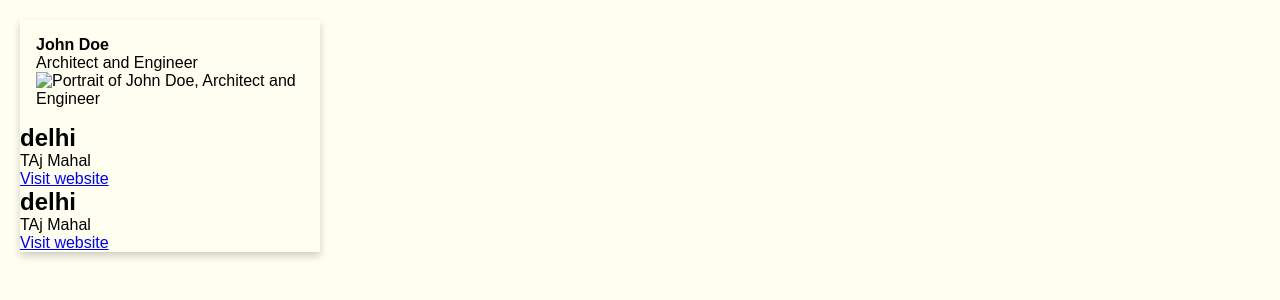
Repository: Muskan1Kumari4draw/React-app-with-concept
Page: /
These files come from the project's save history. The page is drawn as it stood at one moment and after the next save; the edit follows.
The browser window is 1280 px wide. The pictures show the whole page.
The project was rebuilt for these pictures with package versions that can differ from the ones it lists, and the page was loaded fresh each time.

Above is the page before, as saved 2024-09-29 14:42:59.

### src/App.js
import React from 'react';
import Restaurant from  "./component/Basic/Restaurant";
const App = () => {
  return <Restaurant/> ;
};

export default App

### src/component/Basic/Restaurant.js
import React from 'react';
import "./style.css";
import data from './restaurant.json'
const Restaurant = () => {
  return (
    <>
      <div className="card">
        <div className="container">
          <span className="card-title"><b>John Doe</b></span>
          <p className="description">Architect and Engineer</p>
          <img  alt="Portrait of John Doe, Architect and Engineer" />
        </div>
        {
          data.map((item, index) => (
            <div key={index} className="restaurant-item">
              <h2>{item.placeName}</h2>
              <p>{item.Monument}</p>
              <a href={item.id} target="_blank" rel="noopener noreferrer">Visit website</a>
            </div>
          ))

          // Add your own data mapping here

          // Example:
          // <div key={index} className="restaurant-item">
          //   <h2>{item.name}</h2>
          //   <p>{item.description}</p>
          //   <a href={item.url} target="_blank" rel="noopener noreferrer">Visit website</a>
          // </div>

          // End of example data mapping

          // Add more restaurant items as needed

          // Example:
          // <div key={index} className="restaurant-item">
          //   <h2
        }
      </div>
    </>
  );
};

export default Restaurant;

### src/component/Basic/style.css
* {
  margin: 0;
  padding: 0;
  box-sizing: border-box;
}

body {
  background: rgb(255, 255, 241);
  font-family: Arial, sans-serif;
}

/* Navbar Styling */
.navbar {
  margin: auto;
  background: #fff;
  height: 50px;
  box-shadow: 0 4px 8px 0 rgba(0, 0, 0, 0.2);
  display: flex;
  justify-content: center;
  align-items: center;
}

.menu-nav {
  display: flex;
  justify-content: center;
}

.navbar a {
  color: #333;
  text-align: center;
  padding: 14px 16px;
  text-decoration: none;
  font-size: 17px;
  margin: auto;
}

/* Card Styling */
.card {
  box-shadow: 0 4px 8px 0 rgba(0, 0, 0, 0.2);
  transition: 0.3s;
  width: 300px;
  height: auto;
  margin: 20px;
}

.card:hover {
  box-shadow: 0 8px 16px 0 rgba(0, 0, 0, 0.2);
}

.container {
  padding: 16px;
}

.container img {
  width: 100%;
  height: auto;
  display: block;
}

.section-div {
  display: flex;
  flex-wrap: wrap;
  justify-content: center;
  align-items: center;
}

/* Responsive Media Queries */
@media screen and (max-width: 768px) {
  /* Stack the navbar links vertically on small screens */
  .navbar {
    flex-direction: column;
    height: auto;
  }

  .menu-nav {
    flex-direction: column;
  }

  .navbar a {
    padding: 10px;
    font-size: 15px;
    margin: 5px 0;
  }

  /* Adjust card layout on small screens */
  .card {
    width: 90%;
    margin: 10px;
  }

  /* Adjust font size and padding */
  .container {
    padding: 10px;
  }
}

@media screen and (max-width: 480px) {
  /* Further adjustments for very small screens */
  .navbar a {
    font-size: 14px;
    padding: 8px;
  }

  .card {
    width: 100%;
    margin: 10px;
  }

  .container h4 {
    font-size: 18px;
  }

  .container p {
    font-size: 14px;
  }
}  * {
      margin: 0;
      padding: 0;
      box-sizing: border-box;
    }

    body {
      background: rgb(255, 255, 241);
      font-family: Arial, sans-serif;
    }

    /* Navbar Styling */
    .navbar {
      margin: auto;
      background: #fff;
      height: 50px;
      box-shadow: 0 4px 8px 0 rgba(0, 0, 0, 0.2);
      display: flex;
      justify-content: center;
      align-items: center;
    }

    .menu-nav {
      display: flex;
      justify-content: center;
    }

    .navbar a {
      color: #333;
      text-align: center;
      padding: 14px 16px;
      text-decoration: none;
      font-size: 17px;
      margin: auto;
    }

    /* Card Styling */
    .card {
      box-shadow: 0 4px 8px 0 rgba(0, 0, 0, 0.2);
      transition: 0.3s;
      width: 300px;
      height: auto;
      margin: 20px;
    }

    .card:hover {
      box-shadow: 0 8px 16px 0 rgba(0, 0, 0, 0.2);
    }

    .container {
      padding: 16px;
    }

    .container img {
      width: 100%;
      height: auto;
      display: block;
    }

    .section-div {
      display: flex;
      flex-wrap: wrap;
      justify-content: center;
      align-items: center;
    }

    /* Responsive Media Queries */
    @media screen and (max-width: 768px) {
      /* Stack the navbar links vertically on small screens */
      .navbar {
        flex-direction: column;
        height: auto;
      }

      .menu-nav {
        flex-direction: column;
      }

      .navbar a {
        padding: 10px;
        font-size: 15px;
        margin: 5px 0;
      }

      /* Adjust card layout on small screens */
      .card {
        width: 90%;
        margin: 10px;
      }

      /* Adjust font size and padding */
      .container {
        padding: 10px;
      }
    }

    @media screen and (max-width: 480px) {
      /* Further adjustments for very small screens */
      .navbar a {
        font-size: 14px;
        padding: 8px;
      }

      .card {
        width: 100%;
        margin: 10px;
      }

      .container h4 {
        font-size: 18px;
      }

      .container p {
        font-size: 14px;
      }
    }

### src/component/Basic/restaurant.json
[
  {
    "placeName":"delhi",
    "Monument":"TAj Mahal",
    "id":1
  },
  {
    "placeName":"delhi",
    "Monument":"TAj Mahal",
    "id":2
  }
]

Loaded but not shown: public/index.html (common file); src/index.js (common file); src/reportWebVitals.js (common file)

After the next save:
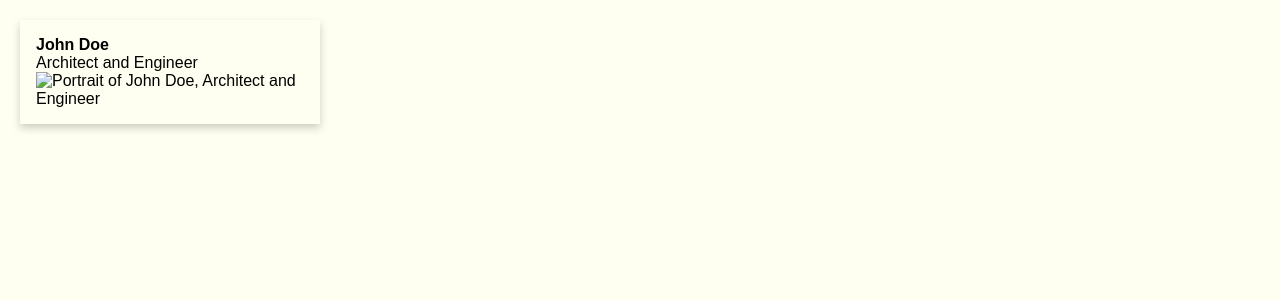
Saved 67 s later.
--- a/src/component/Basic/Restaurant.js
+++ b/src/component/Basic/Restaurant.js
@@ -10,32 +10,15 @@
           <p className="description">Architect and Engineer</p>
           <img  alt="Portrait of John Doe, Architect and Engineer" />
         </div>
+      <div>
         {
-          data.map((item, index) => (
-            <div key={index} className="restaurant-item">
-              <h2>{item.placeName}</h2>
-              <p>{item.Monument}</p>
-              <a href={item.id} target="_blank" rel="noopener noreferrer">Visit website</a>
-            </div>
-          ))
-
-          // Add your own data mapping here
-
-          // Example:
-          // <div key={index} className="restaurant-item">
-          //   <h2>{item.name}</h2>
-          //   <p>{item.description}</p>
-          //   <a href={item.url} target="_blank" rel="noopener noreferrer">Visit website</a>
-          // </div>
-
-          // End of example data mapping
-
-          // Add more restaurant items as needed
-
-          // Example:
-          // <div key={index} className="restaurant-item">
-          //   <h2
+          data.map(() =>{
+            return (
+              <div></div>
+            )
+          })
         }
+      </div>
       </div>
     </>
   );
